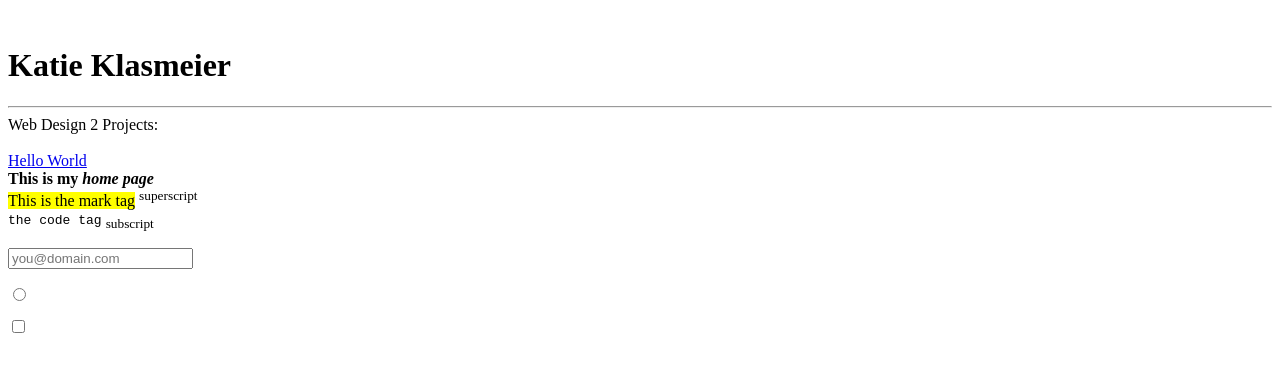
Repository: kklasmei/kklasmei.github.io
Page: index.html
The author's editor kept a record of every edit. The page is drawn from the files as they stood at one moment, then again after the next edit.
The browser window is 1280 px wide. The pictures show the whole page.

Above is the page before.

### index.html
<html>
    <head>
        <title>Hello World</title>
    </head>
    <body>
        <br>
        <h1>Katie Klasmeier</h1>
        <hr>
        <p1>Web Design 2 Projects:</p1>
        <br>
        <br>
        <a href= "proj1/page2.html">Hello World</a>
        <br>
        <p1><strong>This is my <em>home page</em></strong></p1>
        <br>
        <mark>This is the mark tag</mark>
        <sup>superscript</sup>
        <br>
        <code>the code tag</code>
        <sub>subscript</sub>
        <br>
        <p><input type="text" placeholder="you@domain.com"></p>
        <p><input type="radio"></p>
        <p><input type="checkbox"></p>
    </body>


</html>

After the next edit:
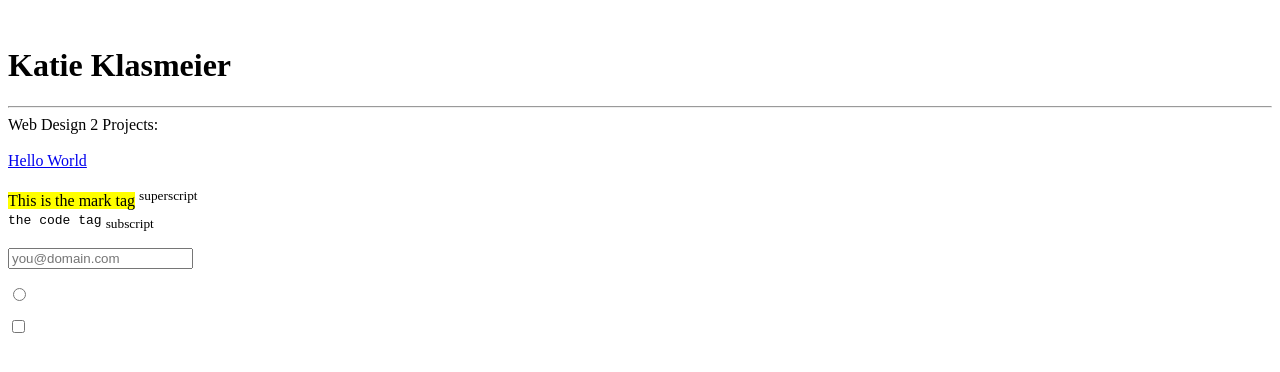
The edit:
--- a/index.html
+++ b/index.html
@@ -11,7 +11,6 @@
         <br>
         <a href= "proj1/page2.html">Hello World</a>
         <br>
-        <p1><strong>This is my <em>home page</em></strong></p1>
         <br>
         <mark>This is the mark tag</mark>
         <sup>superscript</sup>
